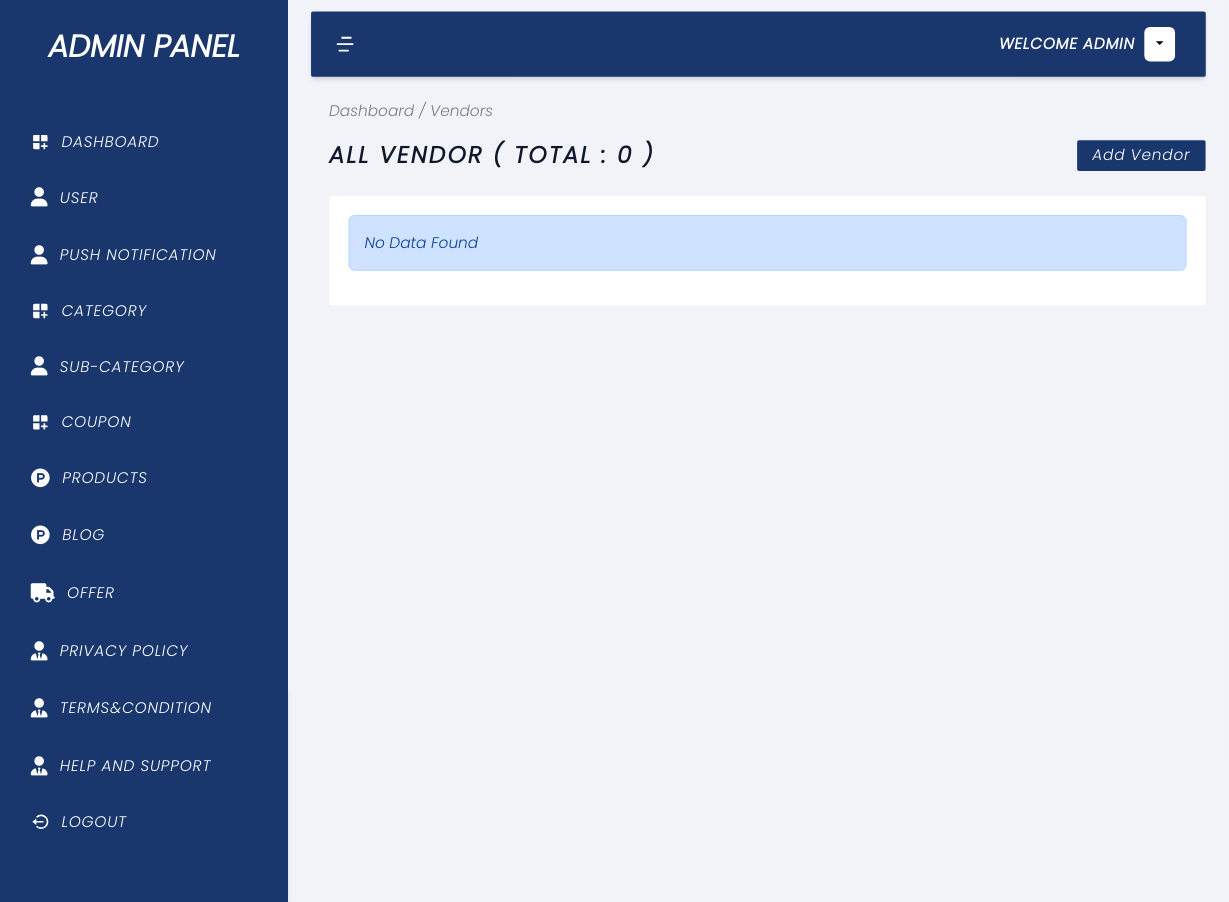
Repository: arpanmalik/project-khanna
Page: /VendorList
These files come from the project's save history. The page is drawn as it stood at one moment and after the next save; the edit follows.
The browser window is 1280 px wide. The pictures show the whole page, at 96% of full size.
The page's requests for data from a server got no answer. Some web libraries are served in a nearby version. The project was rebuilt for these pictures with package versions that can differ from the ones it lists, and the page was loaded fresh each time. No one was signed in, and anything a server would have sent is missing. Also part of the build but not shown: src/E-CommerceAdmin/forms/Login.jsx, src/E-CommerceAdmin/pages/Dashboard.jsx, src/E-CommerceAdmin/pages/ECategory.js, src/E-CommerceAdmin/pages/EProduct.js, src/E-CommerceAdmin/pages/EAdminOrders.js, src/E-CommerceAdmin/pages/EAdminProduct.js, src/E-CommerceAdmin/pages/EAdminDelivery.js, src/E-CommerceAdmin/pages/EAdminCustomer.js and 11 more. Imported but missing from the stored project, and not drawn on this page: src/E-CommerceVendor/forms/EVendorLogin, src/E-CommerceVendor/pages/EVCategory, src/E-CommerceVendor/pages/EVCoupon, src/E-CommerceVendor/pages/EVDashboard, src/E-CommerceVendor/pages/EVOrders, src/E-CommerceVendor/pages/EVProduct, src/E-CommerceVendor/pages/EVSubCategory.

Above is the page before, as saved 2023-05-16 17:15:18.

### public/index.html
<!-- @format -->

<!DOCTYPE html>
<html lang="en">
  <head>
    <meta charset="utf-8" />
    <meta name="viewport" content="width=device-width, initial-scale=1" />
    <meta name="theme-color" content="#000000" />
    <meta
      name="description"
      content="Web site created using create-react-app"
    />
    <link rel="manifest" href="%PUBLIC_URL%/manifest.json" />
    <link rel="preconnect" href="https://fonts.googleapis.com">
<link rel="preconnect" href="https://fonts.gstatic.com" crossorigin>
<link href="https://fonts.googleapis.com/css2?family=Roboto+Mono:ital,wght@1,300&display=swap" rel="stylesheet">
    <title>Admin Panel</title>
  </head>
  <body>
    <noscript>You need to enable JavaScript to run this app.</noscript>
    <div id="root"></div>
    <script src="https://code.jquery.com/jquery-3.6.0.min.js"></script>
    <script src="https://kit.fontawesome.com/b533b351e4.js" crossorigin="anonymous"></script>
  </body>
</html>

### src/index.js
import React from "react";
import ReactDOM from "react-dom/client";
import "./index.css";
import App from "./App";
import { BrowserRouter } from "react-router-dom";
import 'bootstrap/dist/css/bootstrap.min.css'

const root = ReactDOM.createRoot(document.getElementById("root"));
root.render(
  <React.StrictMode>
    <BrowserRouter>
      <App />
    </BrowserRouter>
  </React.StrictMode>
);

### src/index.css
/** @format */

@tailwind base;
@tailwind components;
@tailwind utilities;

@import url("https://fonts.googleapis.com/css2?family=Roboto+Mono:ital,wght@1,300&display=swap");
@font-face {
  font-family: Roboto;
  src: url("./Fonts/Poppins-LightItalic.ttf");
}

body {
  margin: 0;
  font-family: Roboto !important;
  -webkit-font-smoothing: antialiased;
  -moz-osx-font-smoothing: grayscale;
}

code {
  font-family: Roboto !important;
}

html {
  font-family: Roboto !important;
}

::-webkit-scrollbar {
  width: 10px;
}
.fa-trash {
  color: red;
  cursor: pointer;
}

.iCOn {
  transition: 0.5s;
  box-shadow: none;
  transform: scale(1);
}
.cardDiv {
  cursor: pointer;
}

.cardDiv:hover .iCOn {
  box-shadow: rgba(0, 0, 0, 0.35) 0px 5px 15px;
  transform: scale(1.3);
}

/* Track */
::-webkit-scrollbar-track {
  background: #f1f1f1;
}

/* Handle */
::-webkit-scrollbar-thumb {
  background: #888;
}

/* Handle on hover */
::-webkit-scrollbar-thumb:hover {
  background: #555;
}
.profileImage {
  width: 100px;
}
.fa-eye {
  color: #029aff;
  cursor: pointer;
}
.fa-edit {
  cursor: pointer;
  color: blue;
}

.View {
  border: 1px solid black;
  width: 100%;
  padding: 10px;
}

.main-card--container {
  display: grid;
  grid-template-columns: repeat(3, minmax(300px, 500px));
  grid-gap: 50px;
  justify-content: space-around;
}
.card-container {
  margin: 25px 0 auto;
  box-shadow: rgba(0, 0, 0, 0.35) 0px 5px 15px;
  position: relative;
  display: grid;
  grid-template-columns: 1fr;
  justify-content: space-around;
  align-items: flex-start;
}

.myEdit:focus {
  box-shadow: rgba(0, 0, 0, 0.35) 0px 5px 15px;
}

.AstroLogin {
  color: #fff;
  background-color: #2b7a8e;
  padding: 10px;
  width: 380px;
  text-align: center;
  font-size: 20px;
  background: linear-gradient(to left, #2b7a8e 50%, #fff 50%) right;
  background-size: 200%;
  transition: 0.5s ease-out;
  border: 1px solid #2b7a8e;
  margin-top: 10px;
  text-transform: uppercase;
}
.AstroLogin:hover {
  background-position: left;
  color: #2b7a8e;
}

.EcommerceAdminLogin {
  color: #fff;
  background-color: #19376d;
  padding: 10px;
  width: 380px;
  text-align: center;
  font-size: 20px;
  background: linear-gradient(to left, #19376d 50%, #fff 50%) right;
  background-size: 200%;
  transition: 0.5s ease-out;
  border: 1px solid #19376d;
  margin-top: 10px;
  text-transform: uppercase;
}

.EcommerceAdminLogin:hover {
  background-position: left;
  color: #19376d;
}
.EcommerceVendorLogin {
  color: #fff;
  background-color: #576cbc;
  padding: 10px;
  width: 380px;
  text-align: center;
  font-size: 20px;
  background: linear-gradient(to left, #576cbc 50%, #fff 50%) right;
  background-size: 200%;
  transition: 0.5s ease-out;
  border: 1px solid #576cbc;
  margin-top: 10px;
  text-transform: uppercase;
}

.EcommerceVendorLogin:hover {
  background-position: left;
  color: #576cbc;
}

.view {
  background-color: #2196f3;
  color: #fff;
  width: 50%;
  padding: 5px;
}

.two-sec {
  display: flex;
  justify-content: space-evenly;
  justify-content: space-evenly;
}
.two-sec .left {
  width: 60%;
  background-color: #f6f1ef;
  padding: 20px;
}
.two-sec .left .head {
  font-size: 25px;
  font-weight: bold;
}

.two-sec .right {
  width: 30%;
  background-color: #f6f1ef;
}

.searchDiv {
  width: 100%;
  display: flex;
  gap: 10px;
  border: 1px solid rgb(179, 179, 179);
  padding: 10px;
  margin-bottom: 20px;
  align-items: center;
}
.searchDiv input {
  width: 94%;
  outline: none;
  border: none;
}

.flexCont {
  display: flex;
  align-items: center;
  gap: 10px;
}
.flexCont img {
  width: 60px;
  background-color: #e9ecef;
}

.blockContent {
  display: block;
}
.blockContent p {
  margin: 0;
}

.checkBox {
  width: 50px;
  height: 25px;
  background-color: #e9ecef;
  border-radius: 50px;
  position: relative;
  cursor: pointer;
}
.checkBox span {
  width: 20px;
  height: 20px;
  border-radius: 100%;
  background-color: #fff;
  position: absolute;
  left: 5px;
  top: 2px;
}
.ActivecheckBox {
  width: 50px;
  height: 25px;
  background-color: #0d6efd;
  border-radius: 50px;
  position: relative;
  cursor: pointer;
}
.ActivecheckBox span {
  width: 20px;
  height: 20px;
  border-radius: 100%;
  background-color: #fff;
  position: absolute;
  right: 5px;
  top: 2px;
}

.fa-eye {
  color: #0cba73;
  background-color: #d6f8e8;
  width: 40px;
  text-align: center;
  height: 40px;
  display: flex;
  border-radius: 100%;
  justify-content: center;
  padding-top: 10px;
  transition: 0.5s;
}

.fa-pen-to-square {
  color: #f4c39c;
  background-color: #ffebdb;
  width: 40px;
  text-align: center;
  height: 40px;
  display: flex;
  border-radius: 100%;
  justify-content: center;
  padding-top: 10px;
  cursor: pointer;
  transition: 0.5s;
}
.fa-trash {
  color: #df939f;
  background-color: #ffe1e8;
  width: 40px;
  text-align: center;
  height: 40px;
  display: flex;
  border-radius: 100%;
  justify-content: center;
  padding-top: 10px;
  cursor: pointer;
  transition: 0.5s;
}
.fa-trash:hover {
  transform: scale(1.2);
}
.fa-eye:hover {
  transform: scale(1.2);
}
.fa-pen-to-square:hover {
  transform: scale(1.2);
}
.required {
  color: #e74260;
}

.headP {
  margin-left: 2%;
  color: #7b7c7d;
}
.filterBox {
  display: flex;
  align-items: center;
  gap: 10px;
  border-bottom: 1px solid #d4d7dc;
  padding-bottom: 20px;
  margin-bottom: 20px;
}
.filterBox img {
  width: 30px;
}
.filterBox input {
  width: 100%;
  border: 1px solid #d4d7dc;
  outline: none;
  padding: 5px;
  color: black;
}
.sectionCont {
  width: 98%;
  background-color: #fff;
  margin-left: 2%;
  padding: 20px;
}

.overFlowCont {
  width: 100%;
  overflow-x: auto;
}

.logo {
  width: 300px;
  margin-bottom: 20px;
}

.updateProfile {
  margin-left: 20px;
  border: 1px solid #fff;
  border-radius: 100%;
  font-size: 1.2rem;
  padding: 10px;
  transition: 0.5s;
  cursor: pointer;
}
.updateProfile:hover {
  border: 1px solid #19376d;
  color: #19376d;
  background-color: #fff;
}

.Normalbtn {
  background-color: #19376d !important;
  border: 1px solid #19376d !important;
  border-radius: 0px !important;
}

.ImageCarousel {
  width: 150px !important;
  margin: 0px !important;
  height: 150px !important;
}
.CarouselImages {
  width: 150px !important;
  height: 150px !important;
}
.CarouselImages img {
  width: 100% !important;
  height: 100% !important;
}

.ModalCarousel {
  width: 100% !important;
  height: 500px !important;
}
.ModalCarousel {
  width: 100% !important;
  height: 500px !important;
}
.ModalCarousel img {
  width: 100% !important;
  height: 500px !important;
}

.gridCont {
  display: grid;
  grid-template-columns: auto auto auto;
  justify-content: space-evenly;
}
.gridCont div {
  width: 400px;
  /* height: 300px; */
  box-shadow: rgba(0, 0, 0, 0.35) 0px 5px 15px;
  padding: 10px;
  position: relative;
  margin-top: 20px;
}
.gridCont div img {
  width: 100%;
}
.delete-Btn {
  width: 100%;
  color: #c44b3f;
  border: 1px solid #c44b3f;
  transition: 0.5s;
  padding: 10px;
}

.delete-Btn:hover {
  background-color: #c44b3f;
  color: #fff;
}

.BannerCarousel {
  width: 300px;
  margin: 0px !important;
}
.BannerCarouselImage {
  width: 300px;
}
.BannerCarouselImage img {
  width: 100%;
}

.pagination {
  display: flex;
  justify-content: center;
  align-items: center;
  gap: 10px;
  margin-bottom: 20px;
}
.pagination button {
  border: 1px solid black;
  padding: 10px;
}

.activePage {
  background-color: #19376d;
  color: #fff;
  border: 1px solid #19376d !important;
}

.active {
  background-color: #fff;
  color: #19376d !important;
}
.prevBtn {
  background-color: #fff;
  color: #19376d;
  border: 1px solid #19376d !important;
  transition: 0.5s;
}

.prevBtn:hover,
.prevBtn:focus,
.prevBtn:active {
  background-color: #19376d;
  color: #fff;
  border: 1px solid #19376d !important;
}
.nextBtn {
  background-color: #fff;
  color: #19376d;
  border: 1px solid #19376d !important;
  transition: 0.5s;
}

.nextBtn:hover,
.nextBtn:focus,
.nextBtn:active {
  background-color: #19376d;
  color: #fff;
  border: 1px solid #19376d !important;
}

.dangerBox {
  position: relative;
}
.dangerBox i {
  position: absolute;
  top: 50%;
  left: 90%;
  transform: translate(-50%, -50%);
  cursor: pointer;
}



#dropdown-basic{
  background-color: white;
  color: #000;
  border: none;
}

### src/E-CommerceAdmin/layout/HOC.jsx
/** @format */

import React, { useState } from "react";
import Navbar from "./Navbar";
import Sidebar from "./Sidebar";

const HOC = (Wcomponenet) => {
  return function Component() {
    const [hamb, setHamb] = useState(false);
    return (
      <>
        <section
          className="flex overflow-x-hidden relative "
          style={{ backgroundColor: "#f2f3f8" }}
        >
          {/* Sidebar */}
          <div
            className={
              hamb
                ? " absolute top-0 z-30 md:w-auto shadow-md bg-slate-200  w-60 transition-all md:-left-full left duration-150  h-auto overflow-y-auto  left-0 "
                : " md:w-72 z-30 bg-slate-200  shadow-md  md:static absolute top-0 -left-full   transition-all duration-150  overflow-y-auto h-auto"
            }
            style={{ minWidth: "300px" }}
          >
            <Sidebar hamb={hamb} setHamb={setHamb} />
          </div>
          {/* Components & Navbar */}
          <div
            className={
              hamb
                ? " transition-all px-4 py-2  duration-150 w-full h-screen"
                : " w-full h-screen  px-4 py-2   z-50 transition-all duration-150 "
            }
            style={{ backgroundColor: "#f2f3f8" }}
          >
            <Navbar hamb={hamb} setHamb={setHamb} />
            <div className="my-6 text-#000 h-[87%] wcomp overflow-y-auto">
              {" "}
              <Wcomponenet />
            </div>
          </div>
        </section>
      </>
    );
  };
};

export default HOC;

### src/E-CommerceAdmin/layout/Navbar.jsx
/** @format */
import { RiMenu4Line } from "react-icons/ri";
import Dropdown from "react-bootstrap/Dropdown";
import { UpdateProfile } from "../../Modals";
import { useState } from "react";
import { useNavigate } from "react-router-dom";
import { toast } from "react-toastify";

const Navbar = ({ hamb, setHamb }) => {
  const [modalShow, setModalShow] = useState(false);
  const navigate = useNavigate();

  function LogOut () {
    navigate('/')
    toast.success("Logged Out")
  }

  return (
    <>
      <UpdateProfile show={modalShow} onHide={() => setModalShow(false)} />
      <div
        className={
          hamb
            ? "flex  w-full justify-between  my-1 rounded-sm  p-4 py-3 shadow-md items-center  bg-slate-200 space-x-4"
            : "flex  w-full justify-between my-1 rounded-sm  p-4 py-3 shadow-md items-center  bg-slate-200 space-x-4"
        }
        style={{ backgroundColor: "#19376d" }}
      >
        <RiMenu4Line
          onClick={() => setHamb(!hamb)}
          className="text-2xl font-bold text-gray-900 hover:scale-90 cursor-pointer"
          style={{ color: "#fff" }}
        />

        <section className="flex sm:ml-auto justify-end sm:w-full items-center space-x-2  pr-2">
          <figcaption
            className="tracking-wider pl-1 font-semibold d-flex"
            style={{ gap: "10px", alignItems: "center" }}
          >
            <div
              className="lg:text-base text-sm text-gray-900  uppercase"
              style={{ color: "#fff" }}
            >
              Welcome Admin
            </div>
            <Dropdown>
              <Dropdown.Toggle id="dropdown-basic"></Dropdown.Toggle>

              <Dropdown.Menu>
                <Dropdown.Item onClick={() => setModalShow(true)}>
                  Update Profile <i className="fa-solid fa-user"></i>{" "}
                </Dropdown.Item>
                <Dropdown.Item onClick={() => LogOut()} >
                  Logout <i className="fa-solid fa-right-from-bracket"></i>{" "}
                </Dropdown.Item>
              </Dropdown.Menu>
            </Dropdown>
          </figcaption>
        </section>
      </div>
    </>
  );
};

export default Navbar;

### src/E-CommerceAdmin/layout/Sidebar.jsx
/** @format */

import React from "react";
import { RiCloseLine } from "react-icons/ri";
import { Link, useNavigate } from "react-router-dom";
import { BiLogOutCircle } from "react-icons/bi";
import { MdDashboardCustomize } from "react-icons/md";

const Sidebar = ({ hamb, setHamb }) => {
  const navigate = useNavigate();

  const nav = [
    {
      icon: <MdDashboardCustomize className="text-xl mr-3 rounded-full " />,
      link: "/dashboard ",
      name: "Dashboard",
    },
    {
      icon: <i className="fa-solid fa-user text-xl mr-3 rounded-full"></i>,
      link: "/Admin",
      name: "User",
    },
    {
      icon: <i className="fa-solid fa-user text-xl mr-3 rounded-full"></i>,
      link: "/pushNotification",
      name: "Push Notification",
    },  {
      icon: <MdDashboardCustomize className="text-xl mr-3 rounded-full " />,
      link: "/Category",
      name: "Category",
    },

    {
      icon: <i className="fa-solid fa-user text-xl mr-3 rounded-full"></i>,
      link: "/sub-category",
      name: "Sub-Category",
    },

    {
      icon: <MdDashboardCustomize className="text-xl mr-3 rounded-full " />,
      link: "/coupon",
      name: "Coupon",
    },
    {
      icon: (
        <i className="fa-brands fa-product-hunt text-xl mr-3 rounded-full"></i>
      ),
      link: "/Product",
      name: "Products",
    },
    {
      icon: (
        <i className="fa-brands fa-product-hunt text-xl mr-3 rounded-full"></i>
      ),
      link: "/banner",
      name: "Blog",
    },






    // {
    //   icon: <MdDashboardCustomize className="text-xl mr-3 rounded-full " />,
    //   link: "/getMeThis",
    //   name: "Get Me This",
    // },
    {
      icon: <i className="fa-solid fa-truck  text-xl mr-3 rounded-full"></i>,
      link: "/Support",
      name: "Offer",
    },

    // {
    //   icon: (
    //     <i className="fa-solid fa-cart-shopping text-xl mr-3 rounded-full"></i>
    //   ),
    //   link: "/Orders",
    //   name: "Orders Management",
    // },

    {
      icon: <i className="fa-solid fa-user-tie text-xl mr-3 rounded-full"></i>,
      link: "/privacy",
      name: "Privacy Policy",
    },
    {
      icon: <i className="fa-solid fa-user-tie text-xl mr-3 rounded-full"></i>,
      link: "/terms",
      name: "Terms&Condition",
    },
    // {
    //   icon: <i className="fa-solid fa-user-tie text-xl mr-3 rounded-full"></i>,
    //   link: "/helpSupport",
    //   name: "Help and Support",
    // },
    {
      icon: <i className="fa-solid fa-user-tie text-xl mr-3 rounded-full"></i>,
      link: "/complaints",
      name: "Help and Support",
    },
  ];

  const logOut = () => {
    localStorage.clear()
    navigate("/");
  };

  return (
    <>
      <aside
        className="p-4 h-auto"
        style={{ backgroundColor: "#19376d", minHeight: "100vh" }}
      >
        {/* Top */}
        <div className="w-full md:hidden relative  p-2 mb-4">
          <RiCloseLine
            onClick={() => setHamb(!hamb)}
            className="text-3xl  absolute top-2 sm:hover:rotate-[228deg] transition-transform font-bold right-2 sm:hover:text-[22px] text-[rgb(241,146,46)] cursor-pointer"
          />
        </div>{" "}
        <figure className="flex  flex-col items-center">
          <span
            className="font-bold text-[#fff]"
            style={{
              fontSize: "2rem",
              textAlign: "center",
              textTransform: "uppercase",
            }}
          >
            {" "}
            ADMIN PANEL
          </span>
        </figure>
        <nav className="py-6">
          {nav.map((nav) => {
            return (
              <Link
                to={nav.link}
                key={nav.name}
                className=""
                style={{ textDecoration: "none", textTransform: "uppercase" }}
              >
                <span
                  className="flex my-3 items-center cursor-pointer text-gray-900    tracking-wider p-2 rounded-sm"
                  style={{ color: "#FFF" }}
                >
                  {nav.icon} {nav.name}
                </span>
              </Link>
            );
          })}
          <span
            className="flex my-3 items-center cursor-pointer text-gray-900    tracking-wider p-2 rounded-sm"
            onClick={() => logOut()}
            style={{ color: "#FFF", textTransform: "uppercase" }}
          >
            <BiLogOutCircle className="text-xl mr-3 rounded-full " /> LogOut
          </span>
        </nav>
      </aside>
    </>
  );
};

export default Sidebar;

### src/Modals.js
/** @format */

import { Button, Form, Modal } from "react-bootstrap";

export function UpdateProfile(props) {
  return (
    <Modal
      {...props}
      size="lg"
      aria-labelledby="contained-modal-title-vcenter"
      centered
    >
      <Modal.Header closeButton>
        <Modal.Title id="contained-modal-title-vcenter">
          Update Profile Details
        </Modal.Title>
      </Modal.Header>
      <Modal.Body>
        <Form>
          <Form.Group className="mb-3">
            <Form.Label> User Name </Form.Label>
            <Form.Control type="text" />
          </Form.Group>
          <Form.Group className="mb-3">
            <Form.Label> Email Address </Form.Label>
            <Form.Control type="email" />
          </Form.Group>
          <Form.Group className="mb-3">
            <Form.Label> Password </Form.Label>
            <Form.Control type="password" />
          </Form.Group>
          <Form.Group className="mb-3">
            <Form.Label> Confirm Password </Form.Label>
            <Form.Control type="password" />
          </Form.Group>
          <Button variant="outline-success" >Submit</Button>
        </Form>
      </Modal.Body>
    </Modal>
  );
}

Loaded but not shown: tailwind.config.js (common file); src/E-CommerceAdmin/pages/EVendorList.js (316 lines, source omitted); src/App.js (91 lines, source omitted)

After the next save:
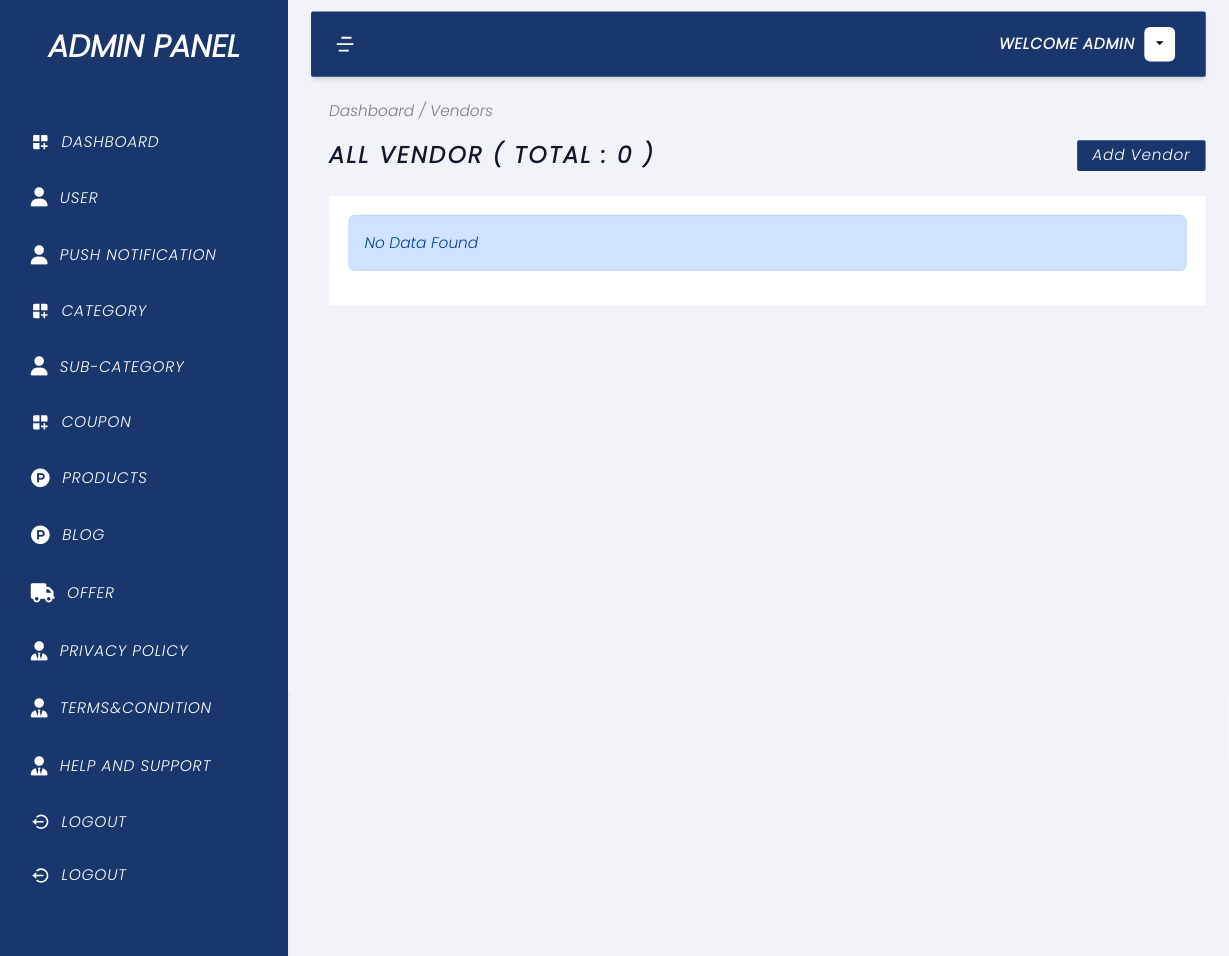
Saved 8 s later.
--- a/src/E-CommerceAdmin/layout/Sidebar.jsx
+++ b/src/E-CommerceAdmin/layout/Sidebar.jsx
@@ -158,6 +158,13 @@ const Sidebar = ({ hamb, setHamb }) => {
           >
             <BiLogOutCircle className="text-xl mr-3 rounded-full " /> LogOut
           </span>
+          <span
+            className="flex my-3 items-center cursor-pointer text-gray-900    tracking-wider p-2 rounded-sm"
+            onClick={() => logOut()}
+            style={{ color: "#FFF", textTransform: "uppercase" }}
+          >
+            <BiLogOutCircle className="text-xl mr-3 rounded-full " /> LogOut
+          </span>
         </nav>
       </aside>
     </>
